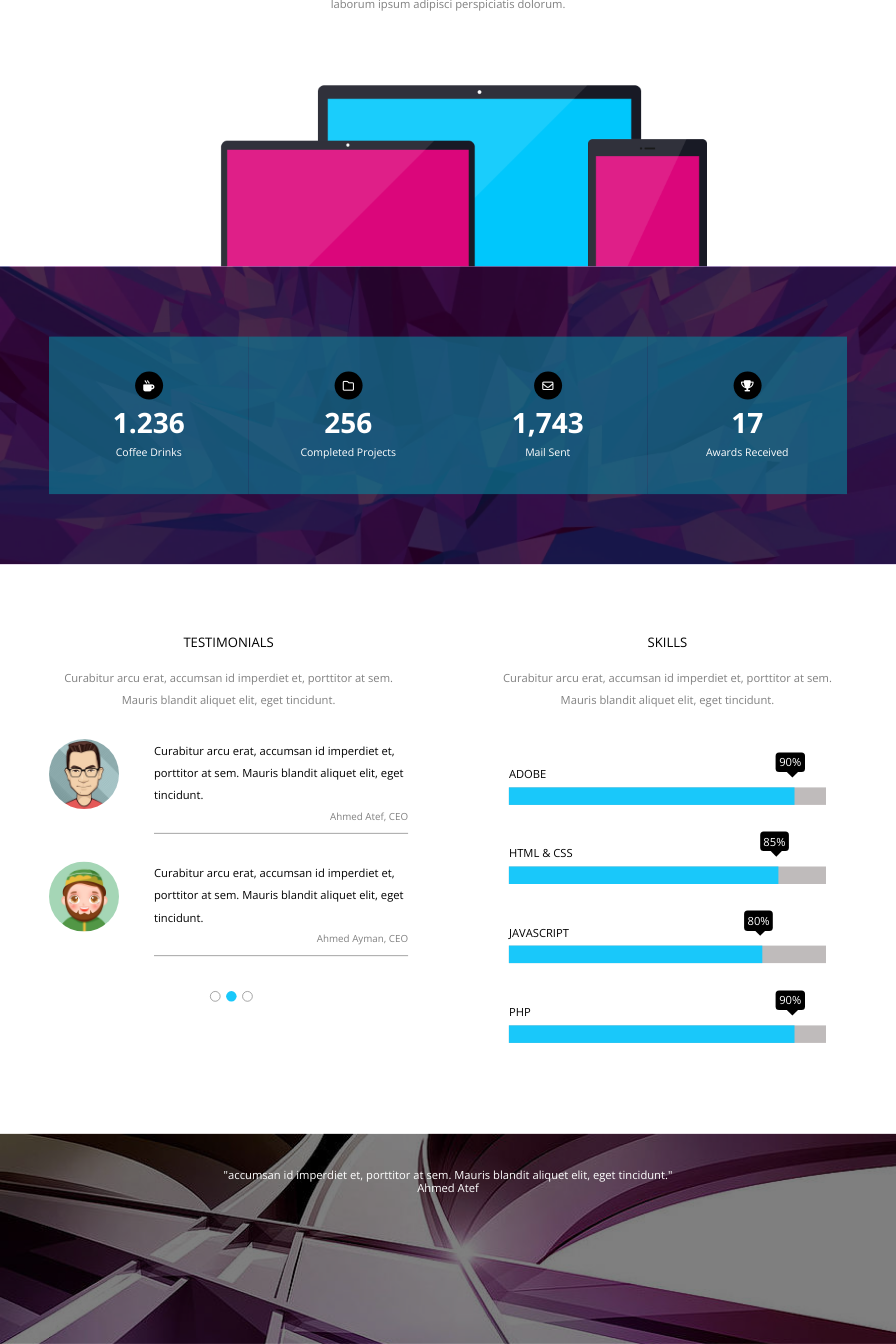
Repository: Ahmed123rezk123/Template_2
Page: index.html
The author's editor kept a copy of each file at every save. The page is drawn from the files as they stood at one save, then again after the next save.
The browser window is 1280 px wide. The pictures show the part of the page from y = 4247 to 6167 px (the page is 6167 px tall), at 70% of full size.
A picture or video elsewhere on the page could not be fetched, so the positions and the page height are approximate. Some web fonts or font styles are not loaded; a fallback is used.

Above is the page before, as saved 2024-04-15 19:28:21.

After the next save:
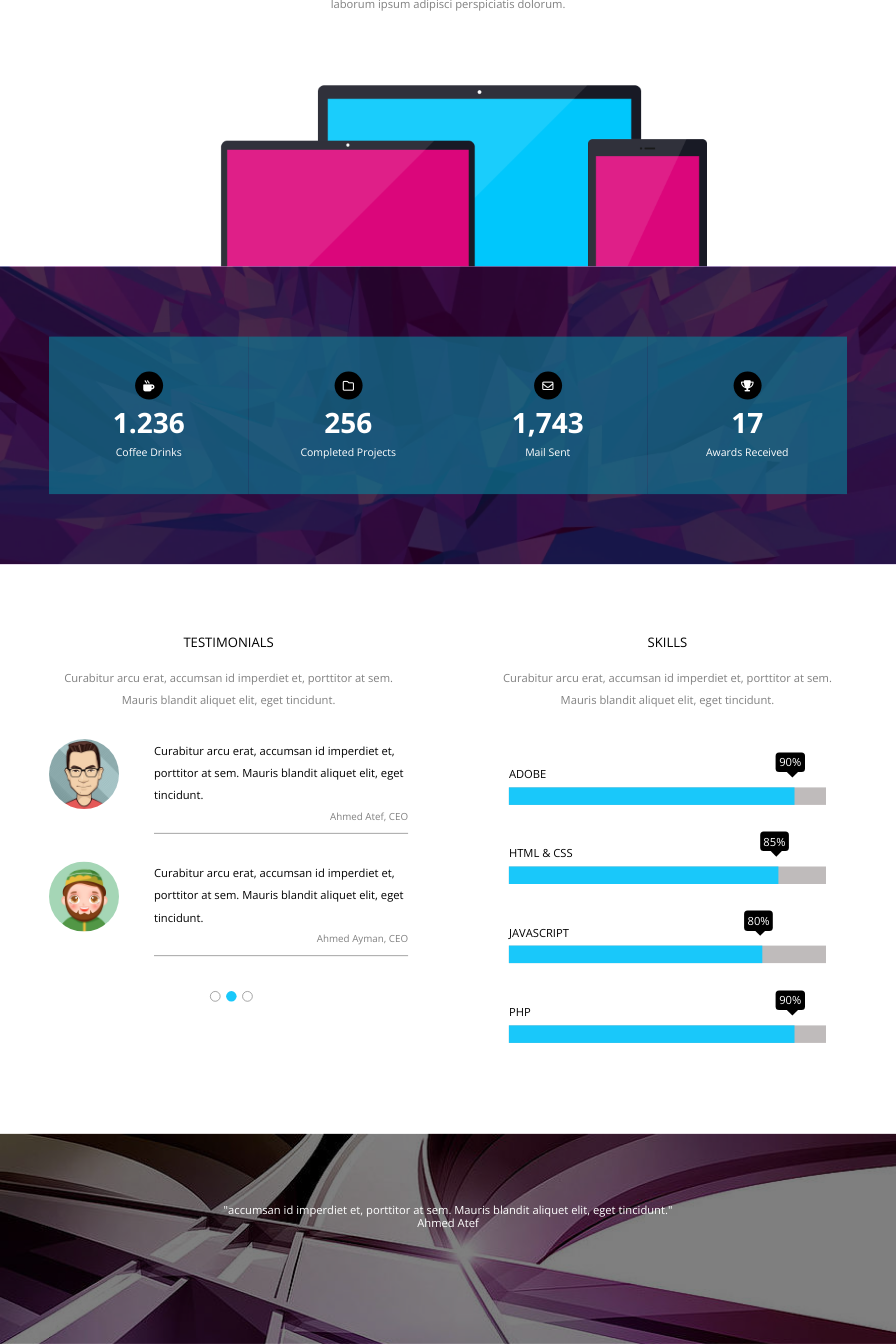
Saved 5 s later.
--- a/css/kasper.css
+++ b/css/kasper.css
@@ -808,6 +808,6 @@ height: 300px;
 .quote .container .content {
 text-align: center;
 color: white;
-margin: 50px auto;
+margin: 100px auto;
 }
 /* End Quote */
